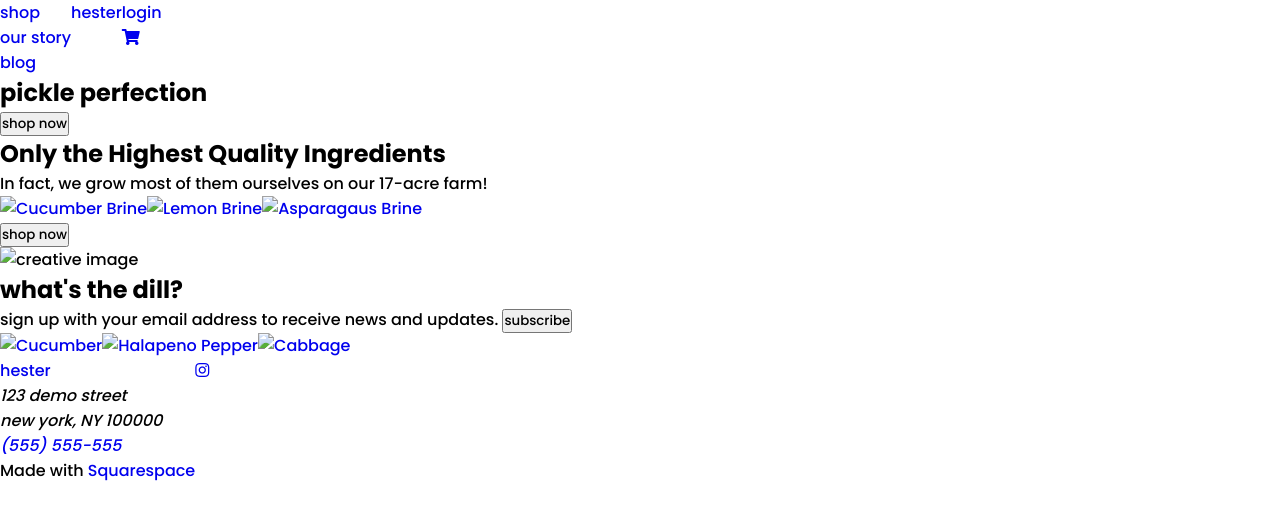
Repository: latenightsnacc/HTML-LESSONS
Page: WEB-DESIGN-2/PROJECTS/hester-p4/index.html
These files come from the project's save history. The page is drawn as it stood at one moment and after the next save; the edit follows.
The browser window is 1280 px wide. The pictures show the whole page.
Some web libraries are served in a nearby version.

Above is the page before, as saved 2021-07-19 11:49:16.

### WEB-DESIGN-2/PROJECTS/hester-p4/index.html
<!DOCTYPE html>
<html lang="en">
<head>
    <!--Meta Tags-->
    <meta charset="UTF-8">
    <meta http-equiv="X-UA-Compatible" content="IE=edge">
    <meta name="viewport" content="width=device-width, initial-scale=1.0">
    <!--ICONS: Font Awesome 5 CDN-->
    <link rel="stylesheet" href="https://cdnjs.cloudflare.com/ajax/libs/font-awesome/5.2.0/css/all.min.css">
    <!--POPPINS W:300/500/700 GOOGLE FONT-->
    <link rel="preconnect" href="https://fonts.googleapis.com">
    <link rel="preconnect" href="https://fonts.gstatic.com" crossorigin>
    <link href="https://fonts.googleapis.com/css2?family=Poppins:wght@300;500;700&display=swap" rel="stylesheet">
    <!--Custom Stylesheet-->
    <link rel="stylesheet" href="stylesheets/stylesheet.css">
    <!--Page Title-->
    <title>Welcome to Hester - Hester</title>
</head>
<body>
    <!--Banner Section-->
    <section id="banner">
        <header class="container">
            <!--Navigation Bar-->
            <nav class="nav">
                <!--Nav Menu-->
                <ul class="nav-menu">
                    <li>
                        <a href="#" class="nav-link">shop</a>
                    </li>
                    <li>
                        <a href="#" class="nav-link">our story</a>
                    </li>
                    <li>
                        <a href="#" class="nav-link">blog</a>
                    </li>
                </ul>
                <!--Logo-->
                <a href="index.html" class="logo">
                    <div>hester</div>
                </a>
                <!--Account Menu-->
                <ul class="acct-menu">
                    <li>
                        <a href="#">login</a>
                    </li>
                    <li>
                        <a href="#">
                            <i class="fas fa-shopping-cart"></i>
                        </a>
                    </li>
                </ul>
            </nav>
        </header>
        <div class="content">
            <!--Text-->
            <h1>pickle perfection</h1>
            <!--CTA btn-->
            <button class="btn bannerBtn">shop now</button>
        </div>
    </section>
    <!--Highest Quality Ingredients Section-->
    <section id="ingredients">
        <div class="container">
            <!--Section Title-->
            <div class="center">
                <h2 class="title">Only the Highest Quality Ingredients</h2>
                <span class="titleText">In fact, we grow most of them ourselves on our 17-acre farm!</span>
            </div>
            <!--Row of Images-->
            <div class="row">
                <!--Col-->
                <div class="col">
                    <a href="#">
                        <img src="#" alt="Cucumber Brine">
                    </a>
                </div>
                <!--Col-->
                <div class="col">
                    <a href="#">
                        <img src="#" alt="Lemon Brine">
                    </a>
                </div>
                <!--Col-->
                <div class="col">
                    <a href="#">
                        <img src="#" alt="Asparagaus Brine">
                    </a>
                </div>
            </div>
            <!--Cta btn-->
            <div class="center">
                <button class="btn">shop now</button>
            </div>
        </div>
    </section>
    <!--Creative Image Section-->
    <section id="creativeImg">
        <div class="container">
            <!--Img-->
            <img src="" alt="creative image" />
        </div>
    </section>
    <!--Whats the Dill Section-->
    <section id="whats-the-dill">
        <div class="container">
            <!--Centered Content-->
            <div class="center">
                <!--Section Title-->
                <h2 class="title">what's the dill?</h2>
                <span class="titleText">sign up with your email address to receive news and updates.</span>
                <!--Cta btn-->
                <button class="btn">subscribe</button>
            </div>
            <!--Row of Images-->
            <div class="row">
                <!--Col-->
                <div class="col">
                    <a href="#">
                        <img src="" alt="Cucumber">
                    </a>
                </div>
                <!--Col-->
                <div class="col">
                    <a href="#">
                        <img src="" alt="Halapeno Pepper">
                    </a>
                </div>
                <!--Col-->
                <div class="col">
                    <a href="#">
                        <img src="" alt="Cabbage">
                    </a>
                </div>
            </div>
        </div>
    </section>
    <!--Footer-->
    <footer id="footer">
        <div class="container">
            <!--Row-->
            <div class="row">
                <!--Col-->
                <div class="col">
                    <!--Logo-->
                    <a href="index.html" class="logo footerLogo">
                        <div>hester</div>
                    </a>
                    <!--Address-->
                    <address>123 demo street <br/>
                    new york, NY 100000 <br/>
                    <a href="tel:(555)555-555">(555) 555-555</a>
                    </address>
                    <!--License-->
                    <span>Made with <a href="#">Squarespace</a></span>
                </div>
                <!--Col-->
                <div class="col">
                    <!--Social Media Menu-->
                    <a href="#">
                        <i class="fab fa-instagram"></i>
                    </a>
                </div>
            </div>
        </div>
    </footer>
</body>
</html>

### WEB-DESIGN-2/PROJECTS/hester-p4/stylesheets/stylesheet.css
/* @import url('https://fonts.googleapis.com/css2?family=Poppins:wght@300;500;700&display=swap'); */

*{
    margin: 0;
    padding: 0;
    text-decoration: none;
    box-sizing: border-box;
    list-style: none;
    outline: none;
    font-family: 'Poppins', sans-serif;
}
body {
    background-color: #ffffff;
}

.nav, .row {
    display: flex;
    width: 100%;
}

After the next save:
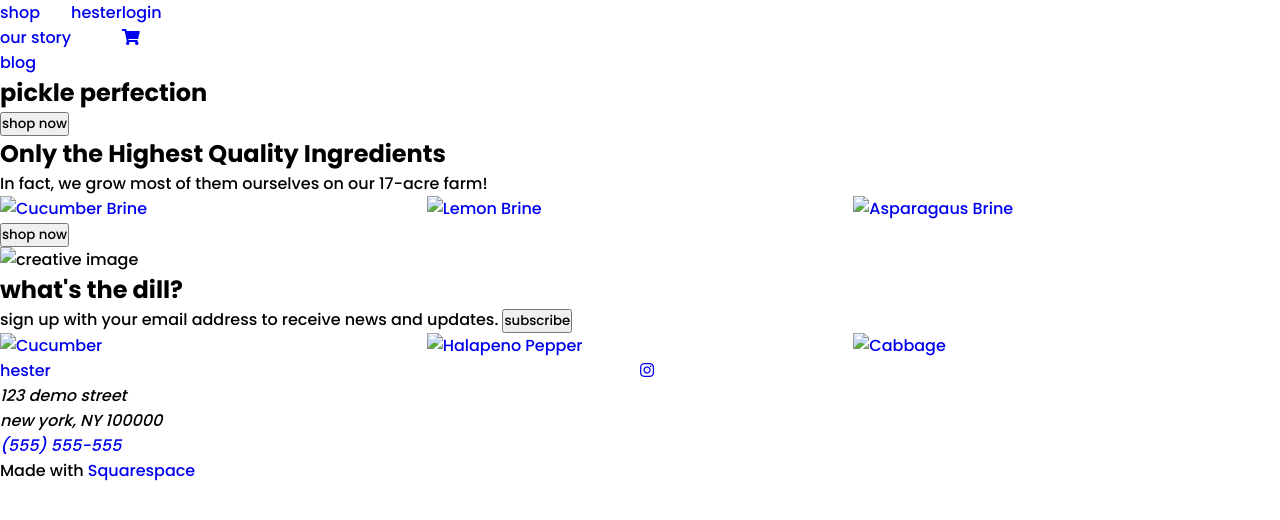
Saved 60 s later.
--- a/WEB-DESIGN-2/PROJECTS/hester-p4/stylesheets/stylesheet.css
+++ b/WEB-DESIGN-2/PROJECTS/hester-p4/stylesheets/stylesheet.css
@@ -17,3 +17,7 @@
     display: flex;
     width: 100%;
 }
+
+.col {
+    flex: 1;
+}
